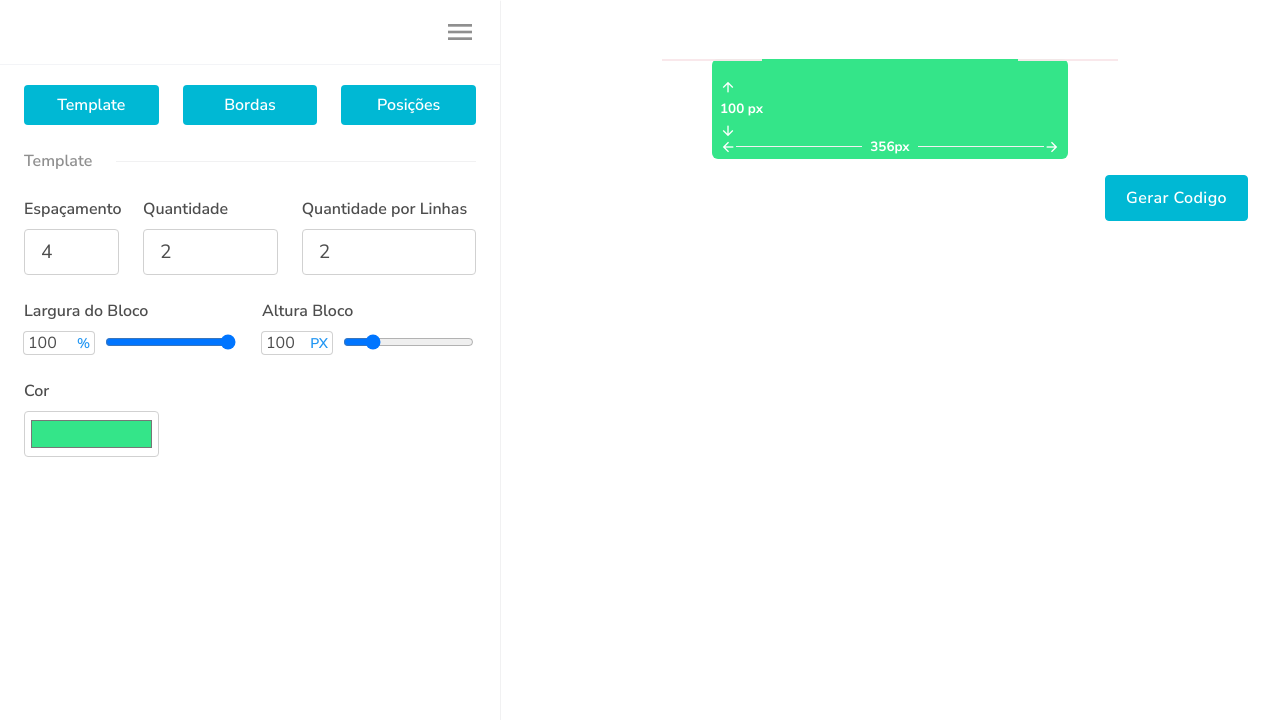
Repository: Flintdl/lowcode-elements
Page: /
An editor plug-in stored every save of this project. The page is shown before and after the next save, followed by the edit.
The browser window is 1280 px wide. The pictures show the whole page.
The project was rebuilt for these pictures with package versions that can differ from the ones it lists, and the page was loaded fresh each time. Also part of the build but not shown: vue.config.js.

Above is the page before, as saved 2022-04-06 15:42:22.

### src/assets/scss/_variables.scss
// Primarys Colors
$standardTextColor: #4d4d4d;

$primaryColor: #8e6dff;
$secondaryColor: #009997;
$buttonDisableColor: #9c9c9c;
$buttonDisableBgColor: #7676764d;

// Menu Colors

$bgMenuColor: #1d1d1d;
$linkMenuColor: #7b8089;
$iconMenuColor: #2a2a2a;
$borderMenuColor: #323232;

// Botão Colors

$btnPrimary: #00b8d4;
$btnPrimaryHover: #0085b0;

// Generics Colors

$whiteColor: #ffffff;
$mutedColor: #8f8f8f;
$cardColor: #f3f4f7;
$cardColorLight: #f9fafc;
$cardColorLightTwo: #f1f5fc;
$greyLight: #d1d1d1;

// Dropdown Colors

$dropdownHeaderColor: #5f5f5f;
$dropdownColor: #ebffff;

// State Colors

$successColor: #3dc661;
$dangerColor: #e7515a;
$warningColor: #e2a03f;
$infoColor: #2196f3;
$defaultColor: #172b4d;
$lightColor: #e0e0e0;

### src/views/HomeView.vue
<template>
  <div>
    <div class="sf-row">
      <div
        id="sf-preview-code-content"
        class="sf-col-12 sf-mx-auto sf-position-relative"
      >
        <div id="sf-preview-code" ref="previewGrid">
          <div class="sf-row">
            <div
              :class="[
                'sf-col-12 sf-text-center sf-display-flex sf-flex-wrap',
                'sf-justify-content-' + checkValue,
              ]"
            >
              <span
                v-bind:key="linha"
                :style="widthProps1"
                class="sf-display-block sf-position-relative"
                v-for="linha of Number(quantidadeLinha)"
              >
                <div :style="widthProps" class="sf-position-absolute"></div>
              </span>
            </div>
          </div>
          <div
            :style="gapProps"
            :class="[
              'sf-display-flex sf-flex-wrap sf-width-100',
              'sf-justify-content-' + checkValue,
            ]"
          >
            <!-- <div v-bind:key="n + '_'" v-for="n of feijao" class="sf-row">
              a981231
            </div> -->

            <DivGrid
              v-bind:key="n"
              v-for="n of feijao"
              :tamanho="String(valor)"
              :altura="String(valorHeight)"
              :cssDefinido="cssProps"
              class="sf-position-relative"
            />
          </div>
        </div>
      </div>
      <div class="sf-col-12 sf-mt-3 sf-display-flex sf-justify-content-end">
        <button class="sf-btn sf-btn-primary" @click="gerarCodigo">
          Gerar Codigo
        </button>
      </div>
    </div>
    <div class="sf-row" v-if="htmlPreviewCode">
      <div class="sf-col-12 sf-mx-auto sf-mt-5 sf-code-content">
        <div class="sf-bg-code sf-p-4 sf-border-radius">
          <code>
            <span class="sf-text-info">Código do Preview</span> <br />
            {{ htmlPreviewCode }}
          </code>
        </div>
      </div>
    </div>
  </div>
</template>

<script>
// @ is an alias to /src

import DivGrid from "@/components/templates/DivGrid.vue";

export default {
  name: "HomeView",
  data: function () {
    return {
      htmlPreviewCode: null,
      gridLinhas: null,
      arroz: null,
      feijao: null,
    };
  },
  components: {
    DivGrid,
  },
  props: {
    valor: String,
    inputGap: String,
    quantidade: Number,
    valorHeight: String,
    quantidadeLinha: Number,
    inputBorderRadius: String,
    checkValue: String,
    inputColor: String,
    inputBorder: String,
    inputBorderColor: String,
    inputBorderTipo: String,
  },
  computed: {
    cssProps() {
      return {
        flex: `${this.quantidade} 1 0%`,
        "align-self": `${this.checkValue}`,
        "max-width": `calc((${this.valor}% - ${this.inputGap}px * ${
          this.quantidadeLinha - "1"
        }) / ${this.quantidadeLinha})`,
        height: this.valorHeight + "px",
        "border-radius": this.inputBorderRadius + "px",
        "background-color": this.inputColor,
        border:
          this.inputBorder +
          "px" +
          " " +
          this.inputBorderTipo +
          " " +
          this.inputBorderColor,
      };
    },
    gapProps() {
      return {
        gap: this.inputGap + "px",
      };
    },
    widthProps1() {
      return {
        width: `calc((${this.valor}% - ${this.inputGap}px * ${
          this.quantidadeLinha - "1"
        }) / ${this.quantidadeLinha})`,
      };
    },
    widthProps() {
      return {
        height: this.arroz + "px",
        width: "clamp(50px, 50%, 100px)",
        "background-color": "#f7c7cfd1",
        border: "1px solid #f9edefd1",
        transform: "translateX(-50%)",
        "z-index": "500",
        left: "50%",
        top: "1px",
      };
    },
  },
  mounted() {
    this.feijao = this.quantidade / this.quantidadeLinha;
    this.arroz = this.$refs.previewGrid?.offsetHeight;
  },
  created() {
    this.$watch("quantidade", () => {
      this.arroz = this.$refs.previewGrid?.offsetHeight;
      this.feijao = this.quantidade / this.quantidadeLinha;
    });
  },
  methods: {
    gerarCodigo() {
      this.htmlPreviewCode =
        document.getElementById("sf-preview-code").innerHTML;
    },
  },
};
</script>

<style>
#sf-grid-template:after {
  content: "";
  width: 100%;
  height: 150%;
  top: -25%;
  background-color: #ff008c0a;
  border: 1px solid rgba(255, 0, 140, 0.103);
  border-left: 2px solid #ff008c38;
  border-right: 2px solid #ff008c38;
  position: absolute;
}
</style>

### src/components/templates/InputGapTemplate.vue
<template>
  <div class="sf-col-3 sf-form-group">
    <label class="sf-label">Espaçamento</label>
    <input
      type="number"
      min="1"
      max="12"
      value="2"
      id="inputGap"
      v-model="valor"
      class="filter-states sf-text-capitalize"
      placeholder="Quantidade de Blocos"
    />
  </div>
</template>

<script>
export default {
  props: {
    valorInput: String,
  },
  computed: {
    valor: {
      get() {
        var inp = this.valorInput;
        return inp;
      },
      set(valorInput) {
        this.$emit("callback", valorInput);
      },
    },
  },
};
</script>

<style></style>

### src/components/templates/InputQuantidadeTemplate.vue
<template>
  <div class="sf-col-4 sf-form-group">
    <label class="sf-label">Quantidade</label>
    <input
      type="number"
      value="1"
      id="inputQuantidade"
      v-model="valor"
      class="filter-states sf-text-capitalize"
      placeholder="Quantidade de Blocos"
    />
  </div>
</template>

<script>
export default {
  props: {
    valorInput: String,
  },
  computed: {
    valor: {
      get() {
        var inp = this.valorInput;
        return inp;
      },
      set(valorInput) {
        this.$emit("callback", valorInput);
      },
    },
  },
};
</script>

<style></style>

### src/components/templates/InputQuantLinhasTemplate.vue
<template>
  <div class="sf-col-5 sf-form-group">
    <label class="sf-label">Quantidade por Linhas</label>
    <input
      type="number"
      min="1"
      max="12"
      value="1"
      id="inputQuantidadeLinha"
      v-model="valor"
      class="filter-states sf-text-capitalize"
      placeholder="Quantidade Linha"
    />
  </div>
</template>

<script>
export default {
  props: {
    valorInput: String,
  },
  computed: {
    valor: {
      get() {
        var inp = this.valorInput;
        return inp;
      },
      set(valorInput) {
        this.$emit("callback", valorInput);
      },
    },
  },
};
</script>

<style></style>

### src/components/templates/InputLarguraBloco.vue
<template>
  <div class="sf-col-6 sf-form-group">
    <label class="sf-label">Largura do Bloco</label>
    <div class="sf-input-group">
      <div
        class="sf-input-group-append sf-display-flex sf-justify-content-center"
      >
        <div
          class="sf-display-flex sf-align-items-center sf-justify-content-center sf-border-left-0 sf-border-radius sf-border-radius-left-0 sf-pr-2 sf-text-info sf-font-weight-bold sf-min-80-px"
        >
          <div class="sf-input-group">
            <input
              type="number"
              value="1"
              min="1"
              max="100"
              v-model="valor"
              class="sf-text-md sf-height-fit-content sf-pr-0 sf-pl-1 sf-border-right-0 sf-border-radius-right-0 sf-text-capitalize"
              placeholder="Curva da Borda"
            />
            <div
              class="sf-input-group-append sf-display-flex sf-justify-content-center"
            >
              <div
                class="sf-display-flex sf-align-items-center sf-border sf-justify-content-center sf-border-left-0 sf-border-radius sf-border-radius-left-0 sf-pr-1 sf-text-info sf-font-weight-bold sf-text-sm"
              >
                %
              </div>
            </div>
          </div>
        </div>
      </div>
      <input
        type="range"
        min="10"
        max="100"
        value="10"
        id="inputRange"
        v-model="valor"
        class="sf-px-0 sf-border-right-0 sf-border-radius-right-0 sf-text-capitalize"
      />
    </div>
  </div>
</template>

<script>
export default {
  props: {
    valorInput: String,
  },
  computed: {
    valor: {
      get() {
        var inp = this.valorInput;
        return inp;
      },
      set(valorInput) {
        this.$emit("callback", valorInput);
      },
    },
  },
};
</script>

<style></style>

### src/components/templates/InputAlturaBloco.vue
<template>
  <div class="sf-col-6 sf-form-group">
    <label class="sf-label">Altura Bloco</label>
    <div class="sf-input-group">
      <div
        class="sf-input-group-append sf-display-flex sf-justify-content-center"
      >
        <div
          class="sf-display-flex sf-align-items-center sf-justify-content-center sf-border-left-0 sf-border-radius sf-border-radius-left-0 sf-pr-2 sf-text-info sf-font-weight-bold sf-min-80-px"
        >
          <div class="sf-input-group">
            <input
              type="number"
              value="1"
              min="1"
              max="500"
              v-model="valor"
              class="sf-text-md sf-height-fit-content sf-pr-0 sf-pl-1 sf-border-right-0 sf-border-radius-right-0 sf-text-capitalize"
              placeholder="Curva da Borda"
            />
            <div
              class="sf-input-group-append sf-display-flex sf-justify-content-center"
            >
              <div
                class="sf-display-flex sf-align-items-center sf-border sf-justify-content-center sf-border-left-0 sf-border-radius sf-border-radius-left-0 sf-pr-1 sf-text-info sf-font-weight-bold sf-text-sm"
              >
                PX
              </div>
            </div>
          </div>
        </div>
      </div>
      <input
        type="range"
        min="10"
        max="500"
        id="valorHeight"
        v-model="valor"
        class="sf-px-0 sf-border-right-0 sf-border-radius-right-0 sf-text-capitalize"
      />
    </div>
  </div>
</template>

<script>
export default {
  props: {
    valorInput: String,
  },
  computed: {
    valor: {
      get() {
        var inp = this.valorInput;
        return inp;
      },
      set(valorInput) {
        this.$emit("callback", valorInput);
      },
    },
  },
};
</script>

<style></style>

### src/components/templates/InputBorderRadiusBloco.vue
<template>
  <div class="sf-col-6 sf-form-group">
    <label class="sf-label">Curva da Borda</label>
    <div class="sf-input-group">
      <div
        class="sf-input-group-append sf-display-flex sf-justify-content-center"
      >
        <div
          class="sf-display-flex sf-align-items-center sf-justify-content-center sf-border-left-0 sf-border-radius sf-border-radius-left-0 sf-pr-2 sf-text-info sf-font-weight-bold sf-min-80-px"
        >
          <div class="sf-input-group">
            <input
              type="number"
              value="1"
              min="1"
              max="50"
              v-model="valor"
              class="sf-text-md sf-height-fit-content sf-pr-0 sf-pl-1 sf-border-right-0 sf-border-radius-right-0 sf-text-capitalize"
              placeholder="Curva da Borda"
            />
            <div
              class="sf-input-group-append sf-display-flex sf-justify-content-center"
            >
              <div
                class="sf-display-flex sf-align-items-center sf-border sf-justify-content-center sf-border-left-0 sf-border-radius sf-border-radius-left-0 sf-pr-1 sf-text-info sf-font-weight-bold sf-text-sm"
              >
                PX
              </div>
            </div>
          </div>
        </div>
      </div>
      <input
        type="range"
        value="1"
        min="1"
        max="50"
        id="inputBorderRadius"
        v-model="valor"
        class="sf-px-0 sf-border-right-0 sf-border-radius-right-0 sf-text-capitalize"
        placeholder="Curva da Borda"
      />
    </div>
  </div>
</template>

<script>
export default {
  props: {
    valorInput: String,
  },
  computed: {
    valor: {
      get() {
        var inp = this.valorInput;
        return inp;
      },
      set(valorInput) {
        this.$emit("callback", valorInput);
      },
    },
  },
};
</script>

<style></style>

### src/components/templates/InputBorderBloco.vue
<template>
  <div class="sf-col-6 sf-form-group">
    <label class="sf-label">Tamanho da Borda</label>
    <div class="sf-input-group">
      <div
        class="sf-input-group-append sf-display-flex sf-justify-content-center"
      >
        <div
          class="sf-display-flex sf-align-items-center sf-justify-content-center sf-border-left-0 sf-border-radius sf-border-radius-left-0 sf-pr-2 sf-text-info sf-font-weight-bold sf-min-80-px"
        >
          <div class="sf-input-group">
            <input
              type="number"
              value="1"
              min="1"
              max="50"
              v-model="valor"
              class="sf-text-md sf-height-fit-content sf-pr-0 sf-pl-1 sf-border-right-0 sf-border-radius-right-0 sf-text-capitalize"
              placeholder="Curva da Borda"
            />
            <div
              class="sf-input-group-append sf-display-flex sf-justify-content-center"
            >
              <div
                class="sf-display-flex sf-align-items-center sf-border sf-justify-content-center sf-border-left-0 sf-border-radius sf-border-radius-left-0 sf-pr-1 sf-text-info sf-font-weight-bold sf-text-sm"
              >
                PX
              </div>
            </div>
          </div>
        </div>
      </div>
      <input
        type="range"
        value="1"
        min="0"
        max="24"
        id="inputBorder"
        v-model="valor"
        class="sf-px-0 sf-border-right-0 sf-border-radius-right-0 sf-text-capitalize"
        placeholder="Curva da Borda"
      />
    </div>
  </div>
</template>

<script>
export default {
  props: {
    valorInput: String,
  },
  computed: {
    valor: {
      get() {
        var inp = this.valorInput;
        return inp;
      },
      set(valorInput) {
        this.$emit("callback", valorInput);
      },
    },
  },
};
</script>

<style></style>

### src/components/templates/InputPosicaoBloco.vue
<template>
  <div class="sf-row">
    <div class="sf-col-12 sf-form-group">
      <span
        class="sf-text-md sf-font-weight-bold sf-text-muted sf-display-flex sf-align-items-center"
      >
        Posições
        <hr class="sf-width-100 sf-ml-4" />
      </span>
    </div>
    <div class="sf-col-auto sf-form-group">
      <input
        id="start"
        type="radio"
        name="positionDivs"
        v-model="valor"
        value="start"
        checked
      />
      <label for="start"> Esquerda</label>
    </div>

    <div class="sf-col-auto sf-form-group">
      <input
        type="radio"
        id="center"
        name="positionDivs"
        v-model="valor"
        value="center"
      />
      <label for="center"> Centro</label>
    </div>

    <div class="sf-col-auto sf-form-group">
      <input
        type="radio"
        id="end"
        name="positionDivs"
        v-model="valor"
        value="end"
      />
      <label for="end"> Final</label>
    </div>
    <div class="sf-col-auto sf-form-group">
      <input
        type="radio"
        id="between"
        name="positionDivs"
        v-model="valor"
        value="between"
      />
      <label for="between"> Laterais</label>
    </div>
    <div class="sf-col-auto sf-form-group">
      <input
        type="radio"
        id="around"
        name="positionDivs"
        v-model="valor"
        value="around"
      />
      <label for="around"> Meio</label>
    </div>
  </div>
</template>

<script>
export default {
  props: {
    valorInput: String,
  },
  computed: {
    valor: {
      get() {
        var inp = this.valorInput;
        return inp;
      },
      set(valorInput) {
        this.$emit("callback", valorInput);
      },
    },
  },
};
</script>

<style></style>

### src/components/templates/InputBorderCorBloco.vue
<template>
  <div class="sf-col sf-form-group">
    <label class="sf-label">Cor</label>
    <input
      type="color"
      id="inputBorderColor"
      v-model="valor"
      class="sf-p-1 sf-text-capitalize"
      placeholder="Quantidade de Blocos"
    />
  </div>
</template>

<script>
export default {
  props: {
    valorInput: String,
  },
  computed: {
    valor: {
      get() {
        var inp = this.valorInput;
        return inp;
      },
      set(valorInput) {
        this.$emit("callback", valorInput);
      },
    },
  },
};
</script>

<style></style>

### src/components/templates/InputBorderTipoBloco.vue
<template>
  <div class="sf-col-10 sf-form-group">
    <label class="sf-label">Tipo de Borda</label>
    <select
      id="inputBorderTipo"
      v-model="control"
      :items="items"
      @change="onSelectType"
      class="sf-text-capitalize"
    >
      <option
        v-bind:key="item.value"
        :value="item.value"
        :disabled="!item.value"
        v-for="item of items"
      >
        {{ item.label }}
      </option>
    </select>
  </div>
</template>

<script>
export default {
  props: {
    valorInput: String,
  },
  data: () => {
    return {
      items: [
        { label: "Solid", value: "solid" },
        { label: "Dashed", value: "dashed" },
      ],
    };
  },
  computed: {
    control: {
      get() {
        return this.valorInput;
      },
      set(valorInput) {
        this.$emit("callback", valorInput);
      },
    },
  },
  methods: {
    onSelectType(event) {
      this.$emit("change", event);
    },
  },
};
</script>

<style></style>

### src/components/templates/DivGrid.vue
<template>
  <div
    class="sf-position-relative sf-overflow-hidden"
    :style="cssDefinido"
    ref="container"
  >
    <div
      class="sf-height-position sf-position-absolute sf-display-flex sf-flex-column sf-px-2"
    >
      <i
        class="mdi mdi-arrow-up sf-text-md sf-text-white sf-dropdown-action"
      ></i>
      <span class="sf-text-white sf-font-weight-extra-bold sf-text-center">
        {{ altura }}
        px
      </span>
      <i
        class="mdi mdi-arrow-down sf-text-md sf-text-white sf-dropdown-action"
      ></i>
    </div>
    <div
      class="sf-width-position sf-width-100 sf-position-absolute sf-display-flex sf-align-items-center sf-px-2"
    >
      <i
        class="mdi mdi-arrow-left sf-text-md sf-text-white sf-dropdown-action"
      ></i>
      <hr class="sf-width-100 sf-mr-2" />
      <span class="sf-text-white sf-font-weight-extra-bold sf-text-center">
        {{ larguraPixel }}px
      </span>
      <hr class="sf-width-100 sf-ml-2" />
      <i
        class="mdi mdi-arrow-right sf-text-md sf-text-white sf-dropdown-action"
      ></i>
    </div>
  </div>
</template>

<script>
export default {
  data() {
    return {
      larguraPixel: null,
    };
  },
  mounted() {
    this.larguraPixel = this.$refs.container?.offsetWidth;
  },

  props: {
    cssDefinido: Object,
    tamanho: String,
    altura: String,
  },
  created() {
    this.$watch("tamanho", () => {
      this.larguraPixel = this.$refs.container?.offsetWidth;
    });
  },
};
</script>

<style lang="scss" scoped>
.sf-height-position,
.sf-width-position {
  font-size: 1.4ch;
}
.sf-height-position {
  transform: translateY(-50%);
  left: 0;
  top: 50%;
}
.sf-width-position {
  transform: translateX(-50%);
  bottom: 0;
  left: 50%;
}
</style>

Loaded but not shown: public/index.html (common file); src/main.js (common file); src/App.vue (common file); src/registerServiceWorker.js (common file); src/router/index.js (common file); src/assets/scss/materialdesignicons.scss (9 lines, source omitted); src/assets/scss/style.scss (4102 lines, source omitted); src/components/Menu/MenuTemplate.vue (297 lines, source omitted); src/assets/scss/menu.scss (402 lines, source omitted); src/assets/scss/standard.scss (381 lines, source omitted)

After the next save:
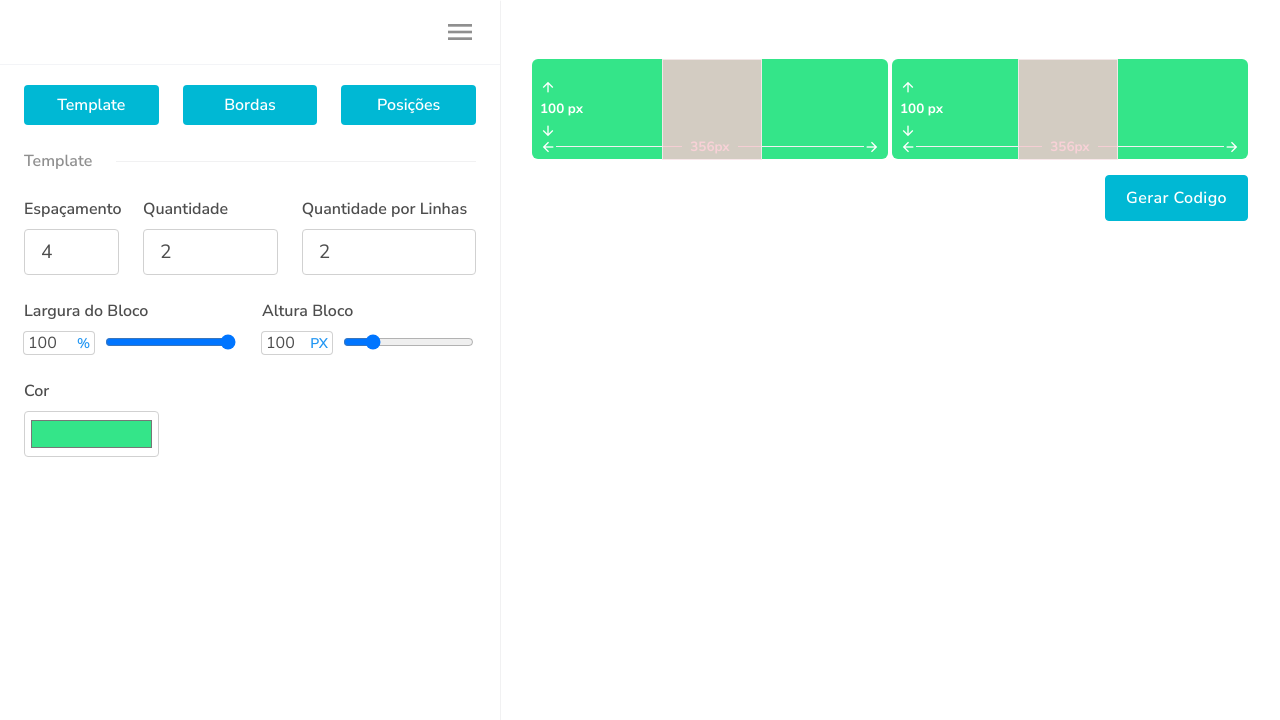
Saved 52 s later.
--- a/src/views/HomeView.vue
+++ b/src/views/HomeView.vue
@@ -30,13 +30,9 @@
               'sf-justify-content-' + checkValue,
             ]"
           >
-            <!-- <div v-bind:key="n + '_'" v-for="n of feijao" class="sf-row">
-              a981231
-            </div> -->
-
             <DivGrid
               v-bind:key="n"
-              v-for="n of feijao"
+              v-for="n of quantidade"
               :tamanho="String(valor)"
               :altura="String(valorHeight)"
               :cssDefinido="cssProps"
@@ -76,7 +72,6 @@ export default {
       htmlPreviewCode: null,
       gridLinhas: null,
       arroz: null,
-      feijao: null,
     };
   },
   components: {
@@ -87,7 +82,7 @@ export default {
     inputGap: String,
     quantidade: Number,
     valorHeight: String,
-    quantidadeLinha: Number,
+    quantidadeLinha: String,
     inputBorderRadius: String,
     checkValue: String,
     inputColor: String,
@@ -98,9 +93,7 @@ export default {
   computed: {
     cssProps() {
       return {
-        flex: `${this.quantidade} 1 0%`,
-        "align-self": `${this.checkValue}`,
-        "max-width": `calc((${this.valor}% - ${this.inputGap}px * ${
+        width: `calc((${this.valor}% - ${this.inputGap}px * ${
           this.quantidadeLinha - "1"
         }) / ${this.quantidadeLinha})`,
         height: this.valorHeight + "px",
@@ -141,13 +134,11 @@ export default {
     },
   },
   mounted() {
-    this.feijao = this.quantidade / this.quantidadeLinha;
     this.arroz = this.$refs.previewGrid?.offsetHeight;
   },
   created() {
-    this.$watch("quantidade", () => {
+    this.$watch(["quantidade", "quantidadeLinhas"], () => {
       this.arroz = this.$refs.previewGrid?.offsetHeight;
-      this.feijao = this.quantidade / this.quantidadeLinha;
     });
   },
   methods: {
